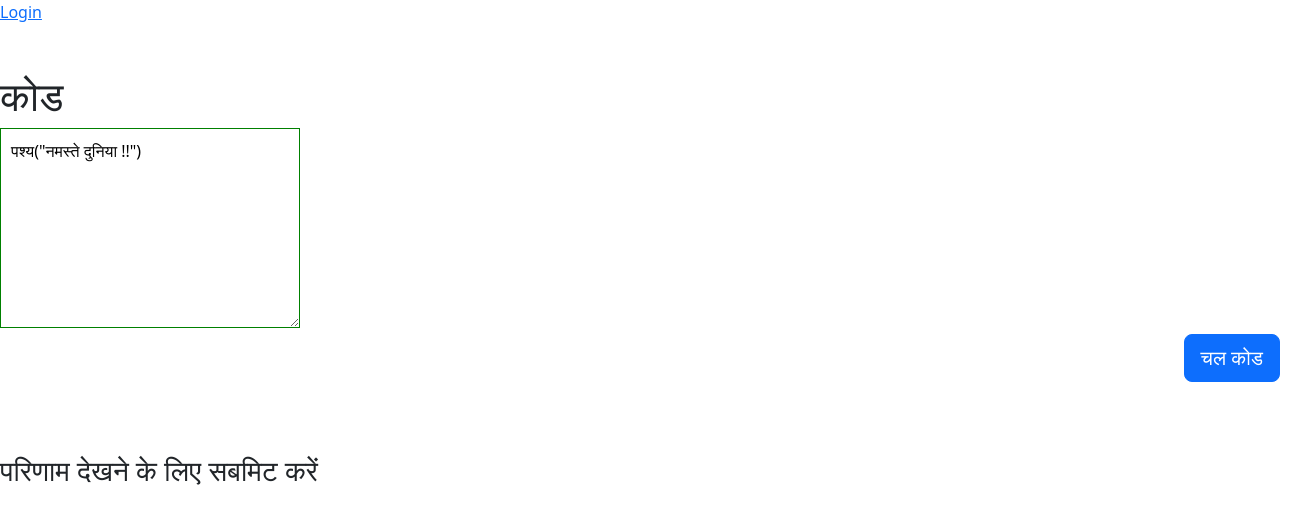
Repository: Vivek3072/webapp_shuniya_code.com
Page: /
These files come from the project's save history. The page is drawn as it stood at one moment and after the next save; the edit follows.
The browser window is 1280 px wide. The page is 1292 px wide, so the pictures cover 1292 px, including what lies to the right of the window. The pictures show the whole page.
The project was rebuilt for these pictures with package versions that can differ from the ones it lists, and the page was loaded fresh each time. Also part of the build but not shown: src/components/Login.js, src/components/Singup.js. Imported but missing from the stored project, and not drawn on this page: src/axiosApi.

Above is the page before, as saved 2021-02-27 22:00:55.

### public/index.html
<!DOCTYPE html>
<html lang="en">
  <head>
    <meta charset="utf-8" />
    <link rel="icon" href="%PUBLIC_URL%/favicon.ico" />
    <meta name="viewport" content="width=device-width, initial-scale=1" />
    <meta name="theme-color" content="#000000" />
    <meta
      name="description"
      content="Web site created using create-react-app"
    />
    <link rel="apple-touch-icon" href="%PUBLIC_URL%/logo192.png" />
    <!-- CSS only -->
    <link href="https://cdn.jsdelivr.net/npm/bootstrap@5.0.0-beta2/dist/css/bootstrap.min.css" rel="stylesheet" integrity="sha384-BmbxuPwQa2lc/FVzBcNJ7UAyJxM6wuqIj61tLrc4wSX0szH/Ev+nYRRuWlolflfl" crossorigin="anonymous">
    <script src="https://cdn.jsdelivr.net/npm/bootstrap@5.0.0-beta2/dist/js/bootstrap.bundle.min.js" integrity="sha384-b5kHyXgcpbZJO/tY9Ul7kGkf1S0CWuKcCD38l8YkeH8z8QjE0GmW1gYU5S9FOnJ0" crossorigin="anonymous"></script>
    <!--
      manifest.json provides metadata used when your web app is installed on a
      user's mobile device or desktop. See https://developers.google.com/web/fundamentals/web-app-manifest/
    -->
    <link rel="manifest" href="%PUBLIC_URL%/manifest.json" />
    <!--
      Notice the use of %PUBLIC_URL% in the tags above.
      It will be replaced with the URL of the `public` folder during the build.
      Only files inside the `public` folder can be referenced from the HTML.

      Unlike "/favicon.ico" or "favicon.ico", "%PUBLIC_URL%/favicon.ico" will
      work correctly both with client-side routing and a non-root public URL.
      Learn how to configure a non-root public URL by running `npm run build`.
    -->
    <title>React App</title>
  </head>
  <body>
    <noscript>You need to enable JavaScript to run this app.</noscript>
    <div id="root"></div>
    <!--
      This HTML file is a template.
      If you open it directly in the browser, you will see an empty page.

      You can add webfonts, meta tags, or analytics to this file.
      The build step will place the bundled scripts into the <body> tag.

      To begin the development, run `npm start` or `yarn start`.
      To create a production bundle, use `npm run build` or `yarn build`.
    -->
  </body>
</html>

### src/index.js
import React from 'react';
import ReactDOM from 'react-dom';
import './index.css';
import App from './App';
import reportWebVitals from './reportWebVitals';
import {BrowserRouter} from 'react-router-dom'
ReactDOM.render(
  <BrowserRouter>
    <App />
  </BrowserRouter>,
  document.getElementById('root')
);

// If you want to start measuring performance in your app, pass a function
// to log results (for example: reportWebVitals(console.log))
// or send to an analytics endpoint. Learn more: https://bit.ly/CRA-vitals
reportWebVitals();

### src/App.js

import React, { Component} from "react";
import { Switch, Route, Link ,withRouter} from "react-router-dom";
import Login from "./components/Login";
import Signup from "./components/Singup";
// import Hello from "./hello";

import axiosInstance from "./axiosApi";

import home from './home'
import 'bootstrap/dist/css/bootstrap.min.css';

class App extends Component {


    constructor() {
        super();
        this.handleLogout = this.handleLogout.bind(this);
    }

    async handleLogout() {
        try {
            const response = await axiosInstance.post('/blacklist/', {
                "refresh_token": localStorage.getItem("refresh_token")
            });
            localStorage.removeItem('access_token');
            localStorage.removeItem('refresh_token');
            axiosInstance.defaults.headers['Authorization'] = null;
            this.props.history.push('/');
            return response;
        }
        catch (e) {
            console.log(e);
        }
    };


    render() {
        const token=localStorage.getItem('access_token');
        console.log(token)
        return (
            <div className="Container">
                <nav>
                {token ? <button onClick={this.handleLogout}>Logout</button>:<Link to="/login">Login</Link> }

                </nav>
                    <Switch>
                     <Route exact path="/" component={home}  />
                        <Route exact path={"/login/"} component={Login}/>
                        <Route exact path={"/signup/"} component={Signup}/>
                    </Switch>

            </div>
        );
    }
}

export default withRouter(App);

### src/home/index.js
import React, { Component } from "react";
import axios from "axios";
import './index.css'
export default class home extends Component {
  constructor(props) {
    super(props);
    this.state = {
      texteditor: "",
      showtext: "",
      isSubmited: false,
      isloaded: false,
    };
  }
  submitHandler = () => {
    this.setState({
      isloaded: false,
      isSubmited: true,
    });
    var getText = document.getElementById("texteditor").value;
    console.log(getText);
    var code_text_b64 = btoa(unescape(encodeURIComponent(getText)));
    const postBody = {
      code_file_name: "a.py",
      code_input: "1",
      code_text_b64: code_text_b64,
      input_flag: "ABSENT",
    };
    var postContent = JSON.stringify(postBody);
    const headers = {
      "Content-Type": "application/json",
    };
    const res = axios
      .post(
        "http://ec2-13-232-16-70.ap-south-1.compute.amazonaws.com:8000/api/v1/web_ide/",
        postContent,
        headers
      )
      .then((res) => {
        this.setState({
          showtext: res.data,
          isloaded: true,
        });
      });
  };
  render() {
    return (
      <div>
        <br></br>
        <br></br>
          <div className="row">
            <div className="col-sm-12 col-md-12 col-lg-12">
              <h1>कोड</h1>
              <textarea id="texteditor" className="editor_area" style={{width: "300px",
    height: "200px"}}>
                पश्य("नमस्ते दुनिया !!")
              </textarea>
              <div
                className="menu-bar"
                style={{ position: "relative", textAlign: "end" }}
              >
                <button
                  className="btn btn-lg btn-primary submit-btn"
                  onClick={this.submitHandler}
                >
                  चल कोड
                </button>
              </div>
            </div>
            <div className="col-sm-12 col-md-12 col-lg-12">
              <div className="menu-bar"></div>
              <br></br>
              <br></br>
              <br></br>

              {this.state.isSubmited ? (
                <div>
                  <h1>परिणाम</h1>
                  {this.state.isloaded ? (
                    <textarea className="sub" value={this.state.showtext}>
                      {" "}
                    </textarea>
                  ) : (
                    <div>
                      <h6>प्रोसेसिंग....................</h6>
                      <div className="loader"></div>
                    </div>
                  )}
                </div>
              ) : (
                <h3>परिणाम देखने के लिए सबमिट करें</h3>
              )}
            </div>
          </div>
        </div>

    );
  }
}

### src/home/index.css
.editor_area{
    margin: auto;
    width: 90%;
    border: 1px solid green;
    padding: 10px;
}

Loaded but not shown: src/index.css (common file); src/reportWebVitals.js (common file)

After the next save:
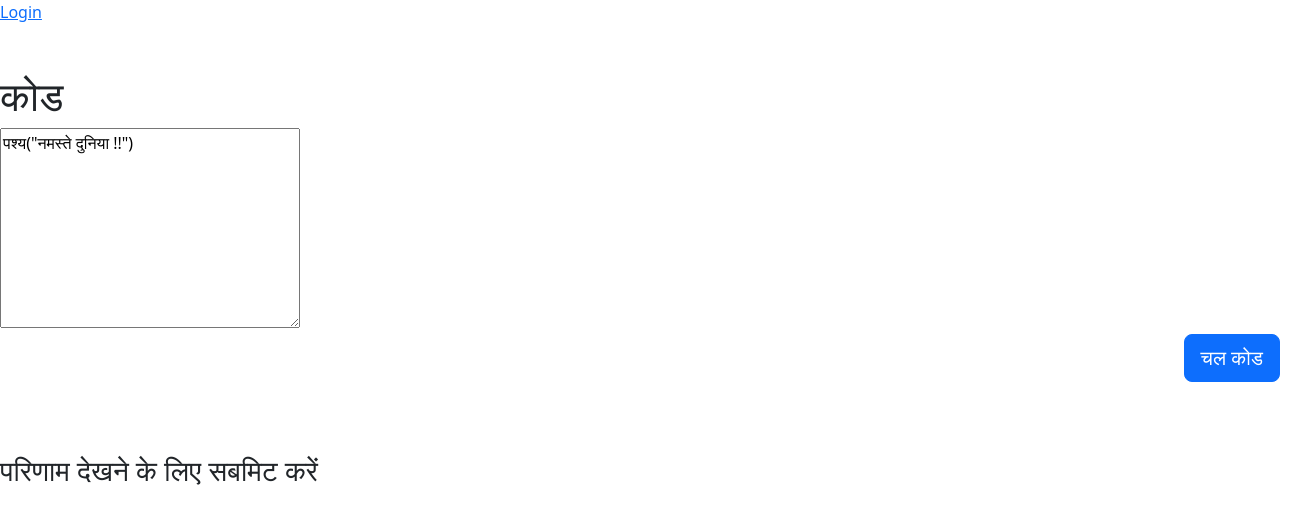
Saved 26 s later.
--- a/src/home/index.css
+++ b/src/home/index.css
@@ -1,4 +1,4 @@
-.editor_area{
+.editorArea{
     margin: auto;
     width: 90%;
     border: 1px solid green;
